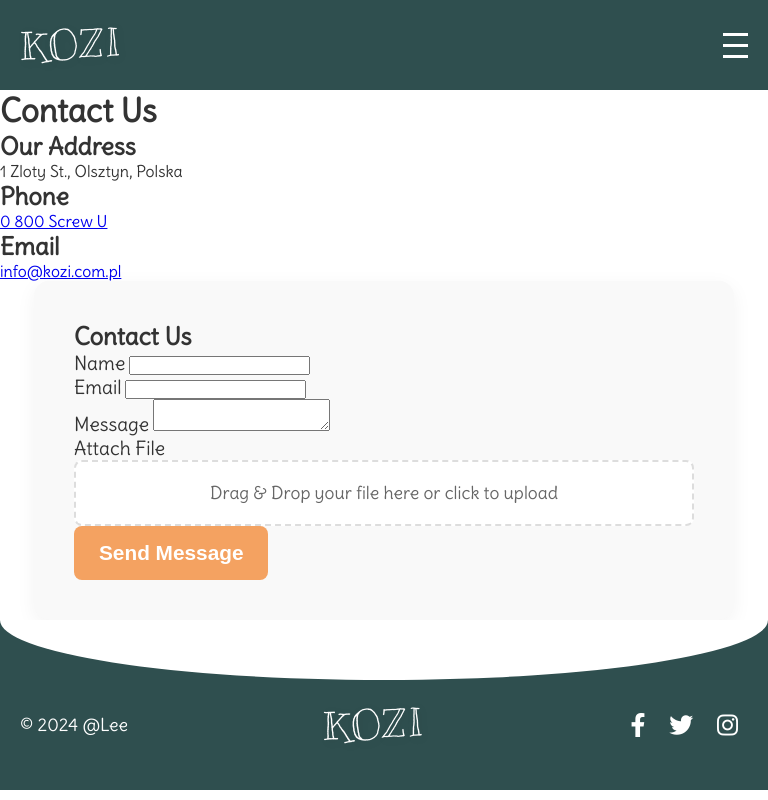
Repository: leerichie/kozi
Page: index.html
The author's editor kept a copy of each file at every save. The page is drawn from the files as they stood at one save, then again after the next save.
The browser window is 768 px wide. The pictures show the whole page.

Above is the page before, as saved 2024-10-24 20:05:04.

### index.html
<!DOCTYPE html>
<html lang="en">

<head>
    <meta charset="UTF-8">
    <meta name="viewport" content="width=device-width, initial-scale=1.0">
    <meta http-equiv="X-UA-Compatible" content="IE=edge">
    <link rel="stylesheet" href="css/styles.css">
    <link rel="stylesheet" href="https://cdnjs.cloudflare.com/ajax/libs/font-awesome/6.0.0-beta3/css/all.min.css">

    <title>Contact Form</title>
</head>

<body>
    <!-- Navbar -->
    <header class="navbar">
        <div class="logo">
            <!-- <a href="#"><img src="img/logo.png" alt="Logo"></a> -->
            <h1 class="logo-text">Kozi</h1>

        </div>
        <nav>
            <ul class="nav-links">
                <li><a href="#">I</a></li>
                <li><a href="#">Love</a></li>
                <li><a href="#">Jager</a></li>
                <li><a href="#">Days</a></li>
            </ul>
            <div class="hamburger">
                <span class="bar"></span>
                <span class="bar"></span>
                <span class="bar"></span>
            </div>
        </nav>
    </header>

    <!-- Sidebar (hidden by default) -->
    <div class="sidebar">
        <ul class="sidebar-links">
            <li><a href="#">I</a></li>
            <li><a href="#">Love</a></li>
            <li><a href="#">Guiness</a></li>
            <li><a href="#">Days</a></li>
            <li><a href="#">Toooo</a></li>

        </ul>
    </div>

    <!-- Contact Section -->
    <div class="container">
        <div class="contact-header">
            <h1>Contact Us</h1>
        </div>
        <div class="contact-info">
            <div class="address">
                <h2>Our Address</h2>
                <p>1 Zloty St., Olsztyn, Polska</p>
            </div>
            <div class="phone">
                <h2>Phone</h2>
                <p><a href="tel:+123456789">0 800 Screw U</a></p>
            </div>
            <div class="email">
                <h2>Email</h2>
                <p><a href="mailto:info@example.com">info@kozi.com.pl</a></p>
            </div>
        </div>

        <div class="form-container">
            <h2>Contact Us</h2>
            <form action="#" method="POST" class="contact-form" enctype="multipart/form-data">
                <div class="form-group">
                    <label for="name">Name</label>
                    <input type="text" id="name" name="name" required>
                </div>
                <div class="form-group">
                    <label for="email">Email</label>
                    <input type="email" id="email" name="email" required>
                </div>
                <div class="form-group">
                    <label for="message">Message</label>
                    <textarea id="message" name="message" required></textarea>
                </div>

                <!-- Drag and Drop-->
                <div class="form-group">
                    <label for="attachment">Attach File</label>
                    <div class="file-drop-area" id="file-drop-area">
                        <span class="file-message">Drag & Drop your file here or click to upload</span>
                        <input type="file" id="attachment" name="attachment" class="file-input" required>
                    </div>
                </div>

                <button type="submit" class="submit-btn">Send Message</button>
            </form>
        </div>
    </div>


    <!-- Footer -->
    <footer class="footer">
        <div class="footer-shape"></div>
        <div class="footer-container">

            <div class="footer-text">
                <p>&copy; 2024 @Lee</p>
            </div>
            <div class="footer-logo">
                <h1 class="logo-text">Kozi</h1>
            </div>
            <div class="footer-social">
                <a href="/" target="_blank"><i class="fab fa-facebook-f"></i></a>
                <a href="/" target="_blank"><i class="fab fa-twitter"></i></a>
                <a href="/" target="_blank"><i class="fab fa-instagram"></i></a>
            </div>
        </div>
    </footer>


    <script src="js/script.js"></script>
</body>

</html>

### css/styles.css
@font-face {
  font-family: "Delius";
  src: url("/fonts/Delius-Regular.ttf") format("truetype");
  font-weight: normal;
  font-style: normal;
}

@font-face {
  font-family: "Merriweather";
  src: url("/fonts/Kranky-Regular.ttf") format("truetype");
  font-weight: bold;
  font-style: normal;
}

@font-face {
  font-family: "Lora";
  src: url("/fonts/LeckerliOne-Regular.ttf") format("truetype");
  font-weight: normal;
  font-style: italic;
}

* {
  margin: 0;
  padding: 0;
  box-sizing: border-box;
}

body {
  font-family: "Delius", sans-serif;
  background-color: #fff;
  color: #333;
}

.logo {
  text-align: center;
}

.logo-text {
  font-family: "Merriweather", serif;
  font-size: 50px;
  letter-spacing: 10px;
  font-weight: bold;
  text-transform: uppercase;
  color: white;
  text-shadow: 2px 2px 10px rgba(0, 0, 0, 0.1);
  transform: rotate(-2deg);
}

/* Nav */
.navbar {
  display: flex;
  justify-content: space-between;
  align-items: center;
  padding: 20px;
  background-color: darkslategray;
  color: #fff;
  position: relative;
  z-index: 1000;
}

.navbar .logo img {
  width: 150px;
}

.navbar nav {
  display: flex;
  align-items: center;
}

.nav-links {
  display: flex;
  list-style: none;
}

.nav-links li {
  margin-left: 20px;
}

.nav-links a {
  text-decoration: none;
  color: #fff;
  font-size: 1.2rem;
  transition: color 0.3s ease;
}

.nav-links a:hover {
  color: #f4a261;
}

/* Hamburger animate - mob */
.hamburger {
  display: none;
  flex-direction: column;
  cursor: pointer;
  transition: all 0.3s ease;
  z-index: 1001;
}

.hamburger .bar {
  width: 25px;
  height: 3px;
  background-color: white;
  margin: 4px 0;
  transition: all 0.3s ease;
  z-index: 1001;
}

.hamburger.active .bar:nth-child(1) {
  transform: rotate(45deg) translate(0, 0);
  width: 20px;
}

.hamburger.active .bar:nth-child(2) {
  opacity: 0;
}

.hamburger.active .bar:nth-child(3) {
  transform: rotate(-45deg) translate(0, 0);
  width: 20px;
}

.hamburger.active .bar {
  height: 4px;
}

/* Sidebar */
.sidebar {
  position: fixed;
  top: 0;
  right: -250px;
  width: 250px;
  height: 100%;
  background-color: darkslategray;
  color: #fff;
  transition: 0.3s;
  padding-top: 60px;
  z-index: 999;
}

.sidebar.active {
  right: 0;
}

.sidebar-links {
  list-style: none;
  padding: 50px 0;
  text-align: center;
}

.sidebar-links li {
  margin: 20px 0;
}

.sidebar-links a {
  text-decoration: none;
  color: #fff;
  font-size: 1.5rem;
  transition: color 0.3s ease;
}

.sidebar-links a:hover {
  color: #f4a261;
}

/* Form Styling */
.form-container {
  max-width: 700px;
  margin: 0 auto;
  background-color: #f9f9f9;
  padding: 40px;
  border-radius: 15px;
  box-shadow: 0 5px 20px rgba(0, 0, 0, 0.05);
}

.form-group label {
  font-size: 1.2rem;
  font-weight: 500;
  color: #333;
  margin-bottom: 5px;
}

/* File Drop Area Styling */
.file-drop-area {
  width: 100%;
  padding: 20px;
  border: 2px dashed #ddd;
  border-radius: 8px;
  background-color: #fff;
  text-align: center;
  transition: border-color 0.3s ease;
  cursor: pointer;
}

.file-drop-area:hover,
.file-drop-area.dragging {
  border-color: #f4a261;
}

.file-message {
  font-size: 1.1rem;
  color: #666;
}

.file-input {
  display: none;
}

/* Submit Button */
.submit-btn {
  padding: 15px 25px;
  background-color: #f4a261;
  color: white;
  border: none;
  border-radius: 8px;
  font-size: 1.3rem;
  font-weight: 600;
  cursor: pointer;
  transition: background-color 0.3s ease, box-shadow 0.3s ease;
}

.submit-btn:hover {
  background-color: #e97b31;
  box-shadow: 0 5px 15px rgba(233, 123, 49, 0.3);
}

.submit-btn:focus {
  outline: none;
  background-color: #d16016;
}

/* Footer Styling */
.footer {
  position: relative;
  background-color: darkslategray;
  color: white;
  text-align: center;
  padding: 80px 20px 40px;
  overflow: hidden;
}

.footer-shape {
  position: absolute;
  top: -60px;
  left: 0;
  width: 100%;
  height: 120px;
  background-color: #fff;
  border-radius: 0 0 100% 100%;
  z-index: 0;
}

.footer-container {
  position: relative;
  z-index: 1;
  display: flex;
  justify-content: space-between;
  align-items: center;
  max-width: 1200px;
  margin: 0 auto;
  flex-wrap: wrap;
}

.footer-logo img {
  width: 100px;
}

.footer-text p {
  font-size: 1.1rem;
  margin: 0;
}

.footer-social a {
  margin: 0 10px;
  color: white;
  font-size: 1.5rem;
  transition: color 0.3s ease;
}

.footer-social a:hover {
  color: #f4a261;
}

.footer-social img {
  width: 25px;
  filter: invert(100%);
}

/* Mob */
@media (max-width: 768px) {
  .hamburger {
    display: flex;
  }

  .nav-links {
    display: none;
  }

  .footer-container {
    flex-direction: row;
    justify-content: space-between;
  }

  .footer-logo {
    flex-grow: 1;
    text-align: center;
  }

  .footer-text {
    text-align: left;
  }

  .footer-social {
    text-align: right;
  }

  .logo-text {
    font-size: 40px;
    letter-spacing: 2px;
  }
}

### js/script.js
const hamburger = document.querySelector('.hamburger');
const sidebar = document.querySelector('.sidebar');

hamburger.addEventListener('click', () => {
    sidebar.classList.toggle('active');
    hamburger.classList.toggle('active');
});

window.addEventListener('scroll', () => {
    sidebar.classList.remove('active');
    hamburger.classList.remove('active');
});

After the next save:
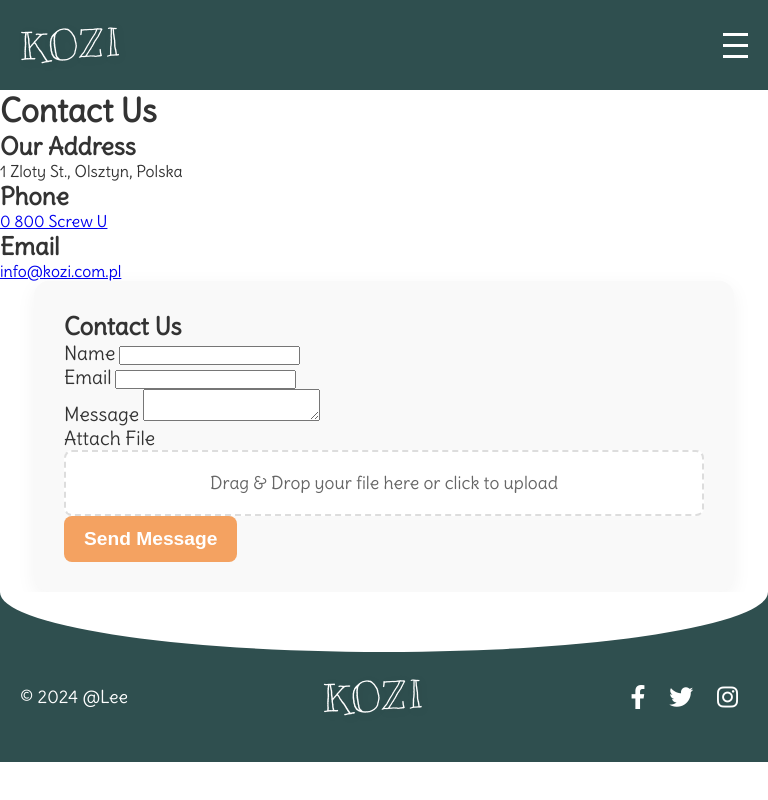
Saved 19 s later.
--- a/css/styles.css
+++ b/css/styles.css
@@ -295,9 +295,13 @@ body {
     display: none;
   }
 
-  .footer-container {
-    flex-direction: row;
-    justify-content: space-between;
+  .form-container {
+    padding: 30px;
+  }
+
+  .submit-btn {
+    font-size: 1.2rem;
+    padding: 12px 20px;
   }
 
   .footer-logo {
